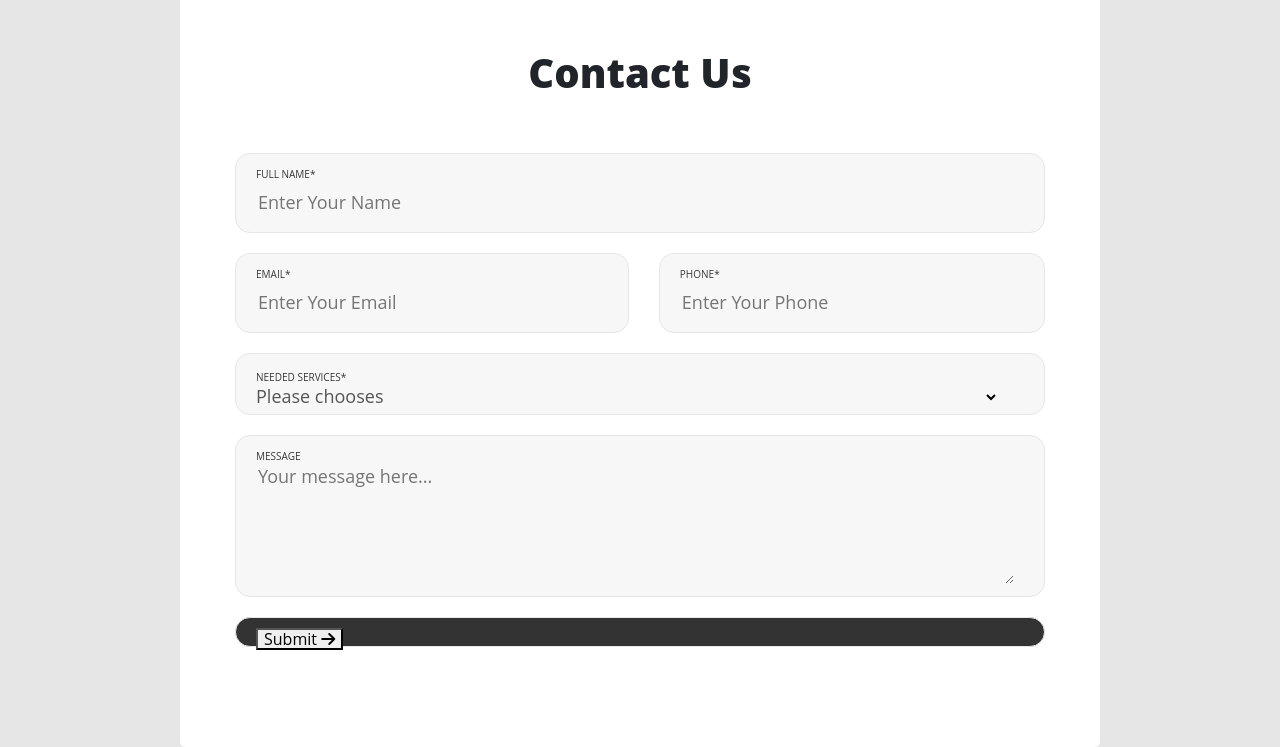
Repository: letrongtinh27/LapTrinhWeb
Page: form-contact/index.html
An editor plug-in stored every save of this project. The page is shown before and after the next save, followed by the edit.
The browser window is 1280 px wide. The pictures show the whole page.

Above is the page before, as saved 2022-10-09 12:52:00.

After the next save:
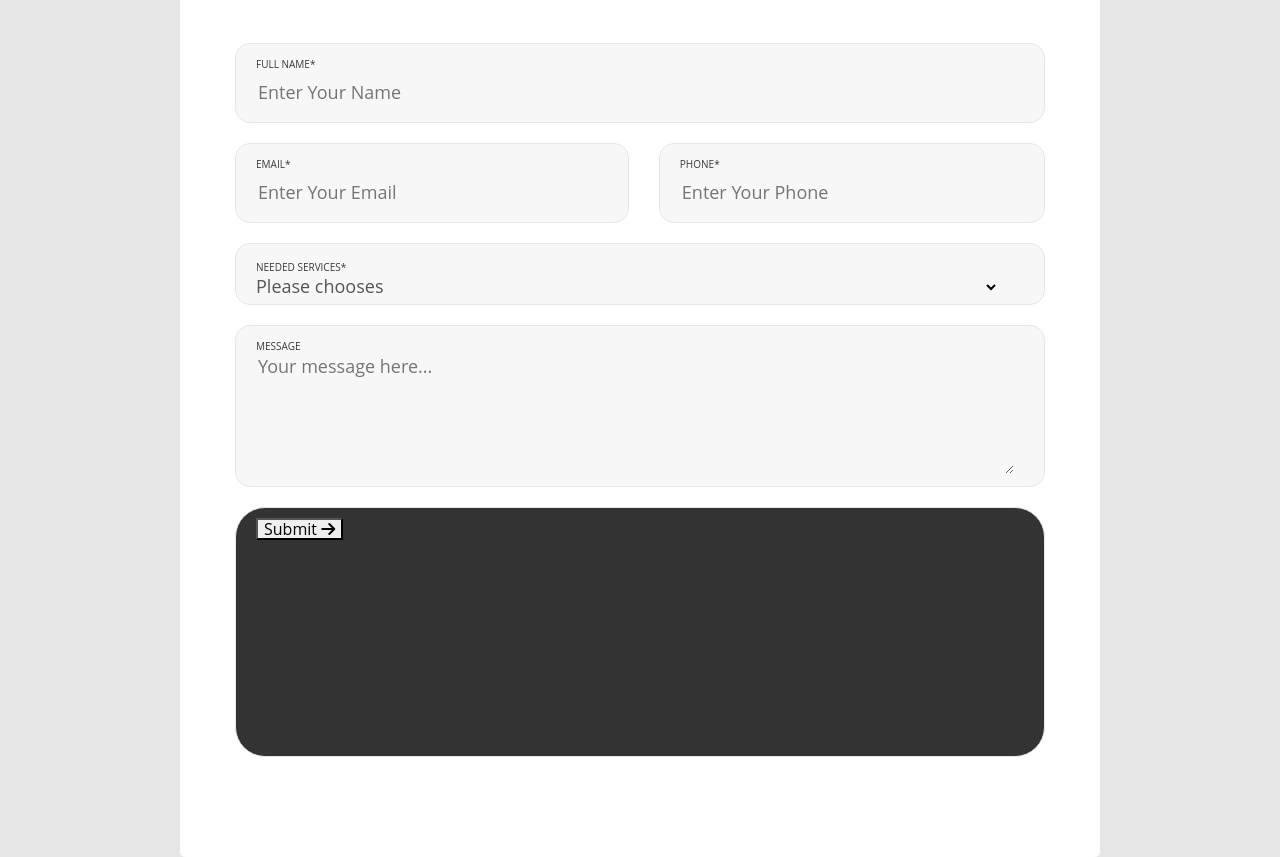
Saved 9 s later.
--- a/form-contact/style.css
+++ b/form-contact/style.css
@@ -77,7 +77,7 @@ label, .form-group span  {
 .btn-submit {
     background-color: #333333;
     border-radius: 30px;
-    height: 30px;
+    height: 250px;
 }
 
 .text-area {
